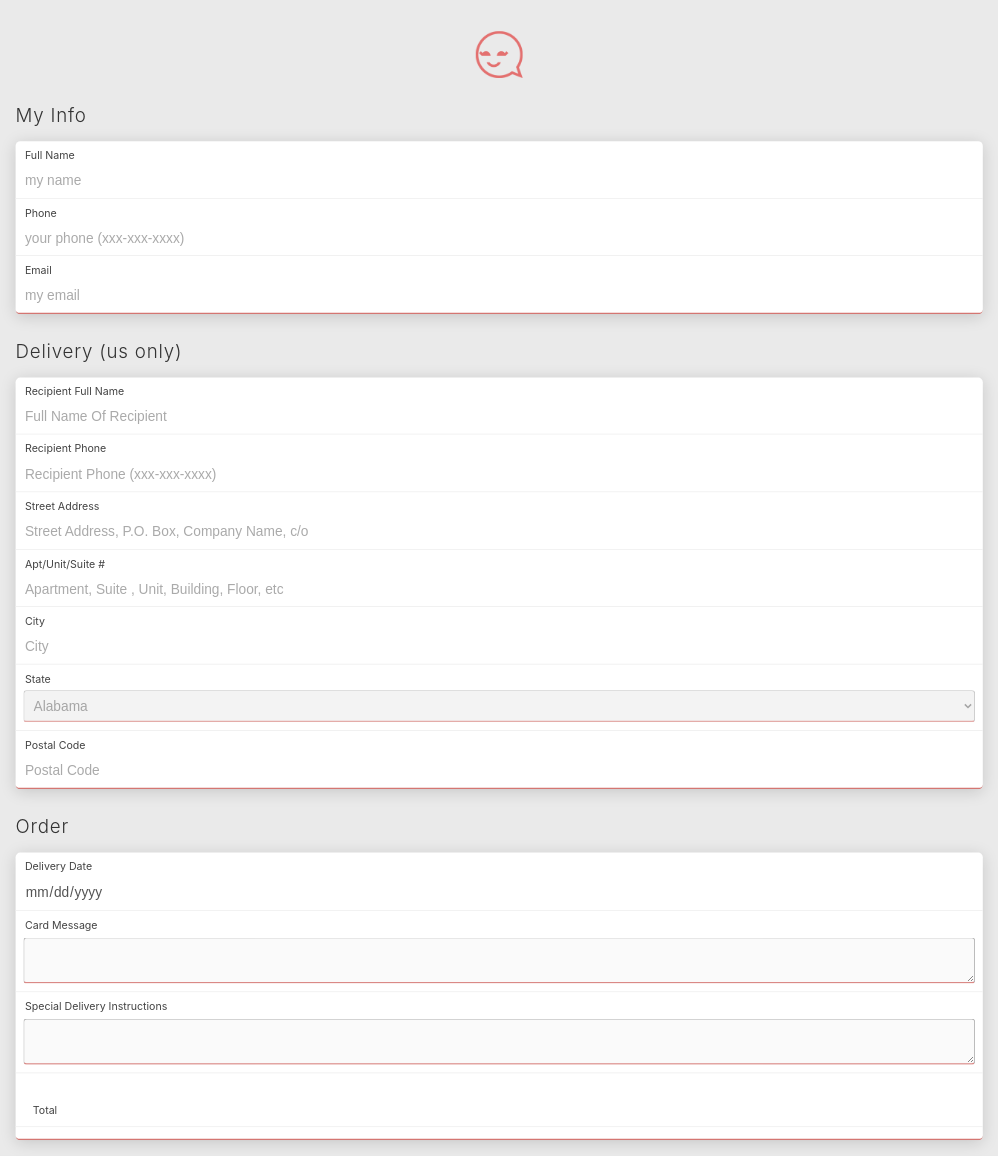
Repository: mattbobgithub/rosybot-ui
Page: rosybot-ui/dist/checkout.html
These files come from the project's save history. The page is drawn as it stood at one moment and after the next save; the edit follows.
The browser window is 1280 px wide. The pictures show the whole page, at 78% of full size.
The page's requests for data from a server got no answer. Some web libraries are served in a nearby version.

Above is the page before, as saved 2017-10-13 16:21:33.

After the next save:
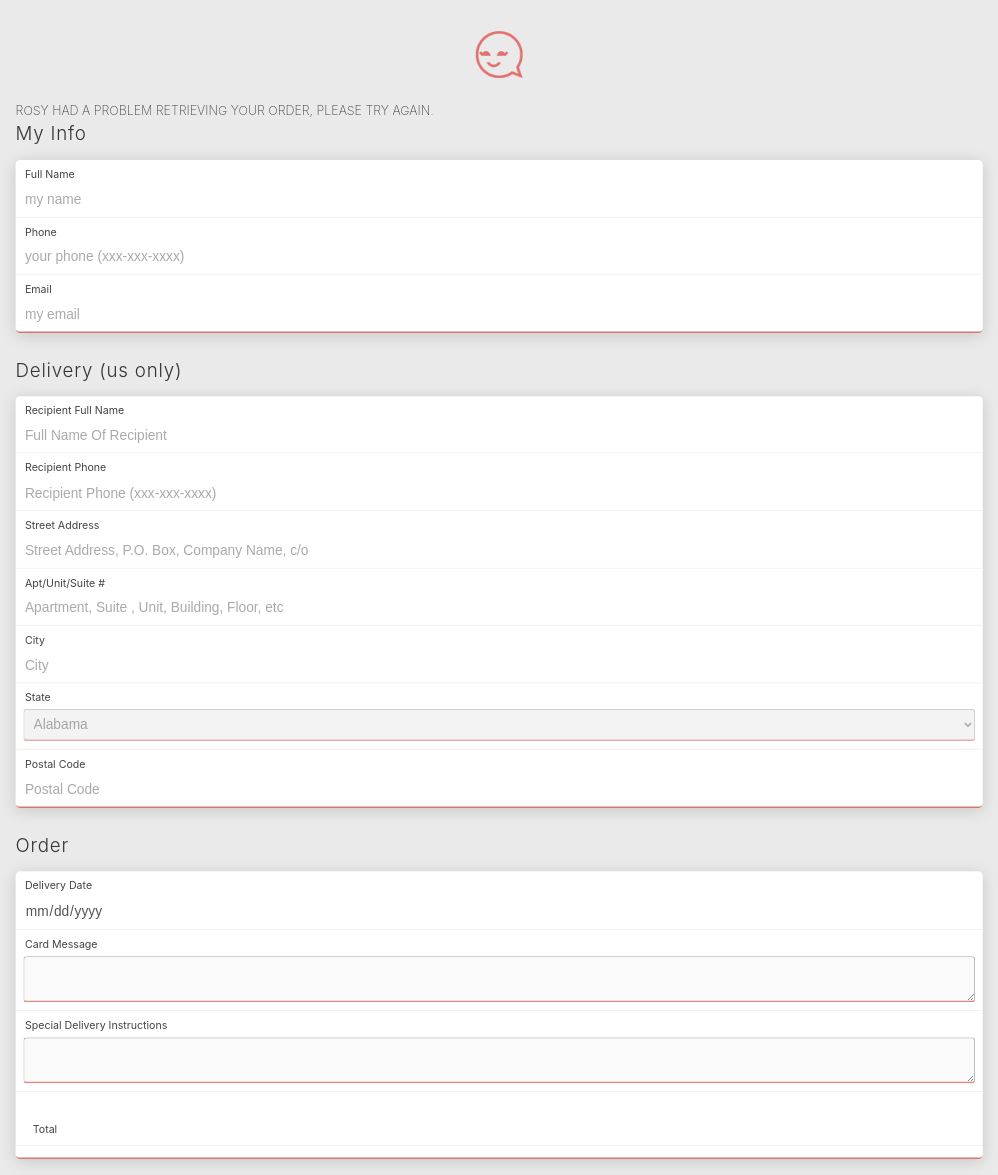
Saved 3 min 46 s later.
--- a/rosybot-ui/dist/checkout.html
+++ b/rosybot-ui/dist/checkout.html
@@ -13,6 +13,7 @@
 <body>
 	<div class="logo"></div>
 	<div class="container">
+	<div id="confirmMessage"></div>
 		<form id="rosyOrder">
 			<input id="id" name="id" type="hidden" required /> <input
 				id="orderTotalHidden" name="orderTotalHidden" type="hidden" required />
